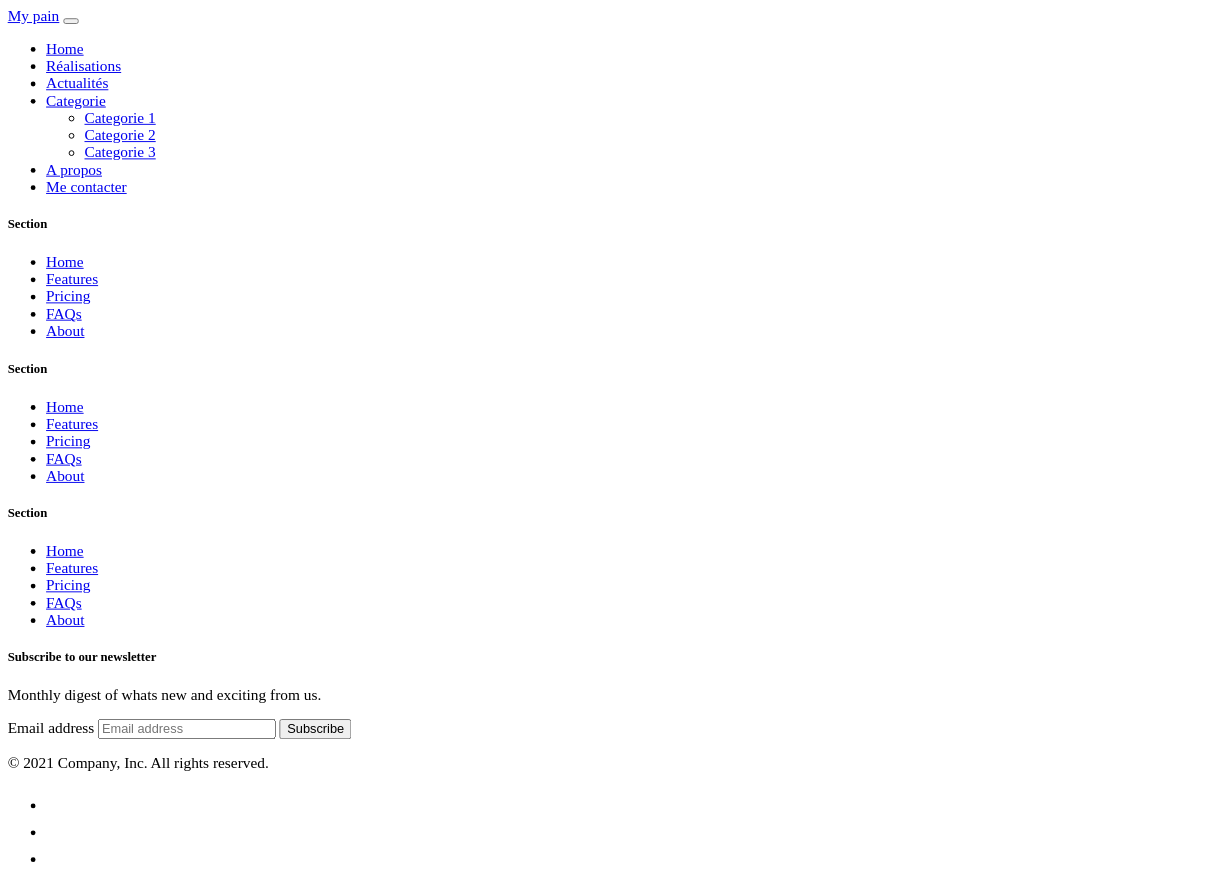
Repository: Amedee7/mypain
Page: templates/peinture/realisations.html.twig
The author's editor kept a copy of each file at every save. The page is drawn from the files as they stood at one save, then again after the next save.
The browser window is 1280 px wide. The pictures show the whole page, at 96% of full size.
The page is a Twig template of a Symfony application; nobody is signed in and links lead nowhere. The template is opened directly, without the code that normally fills it, so the values that code supplies are empty.

Above is the page before, as saved 2022-03-07 09:45:09.

After the next save:
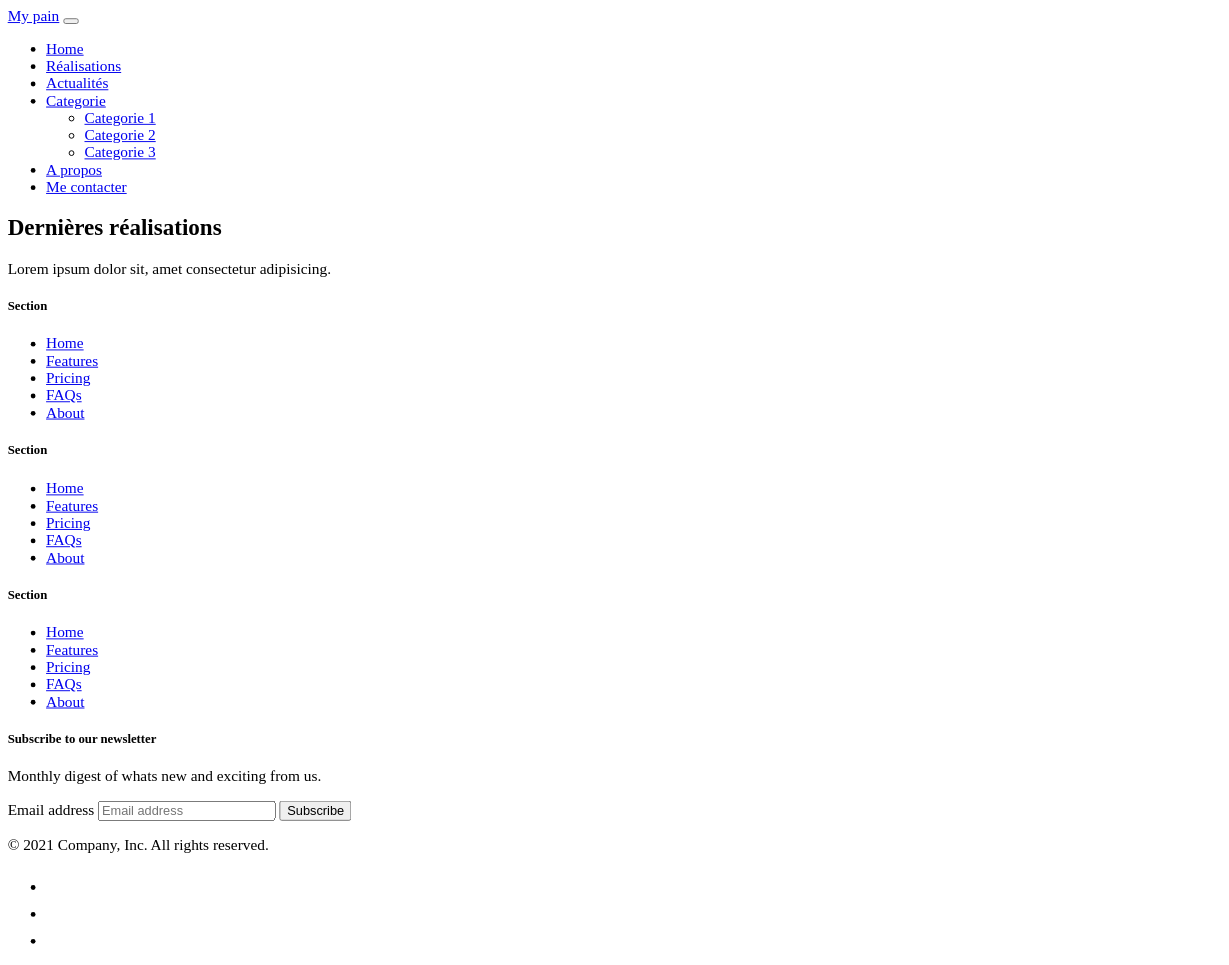
Saved 5 min 10 s later.
--- a/templates/peinture/realisations.html.twig
+++ b/templates/peinture/realisations.html.twig
@@ -4,7 +4,19 @@
 {% endblock %}
 
 {% block body %}
+	<section class="pt-7 pt-md-10">
+		<div class="container">
+			<div class="row">
+				<div class="col-12">
+					<h2 class="mb-5 teext-md">
+						Dernières réalisations
+					</h2>
 
+					<P>Lorem ipsum dolor sit, amet consectetur adipisicing.</P>
+				</div>
+			</div>
+		</div>
+	</section>
 	<div class="album py-5 bg-light">
 		<div class="container">
 
